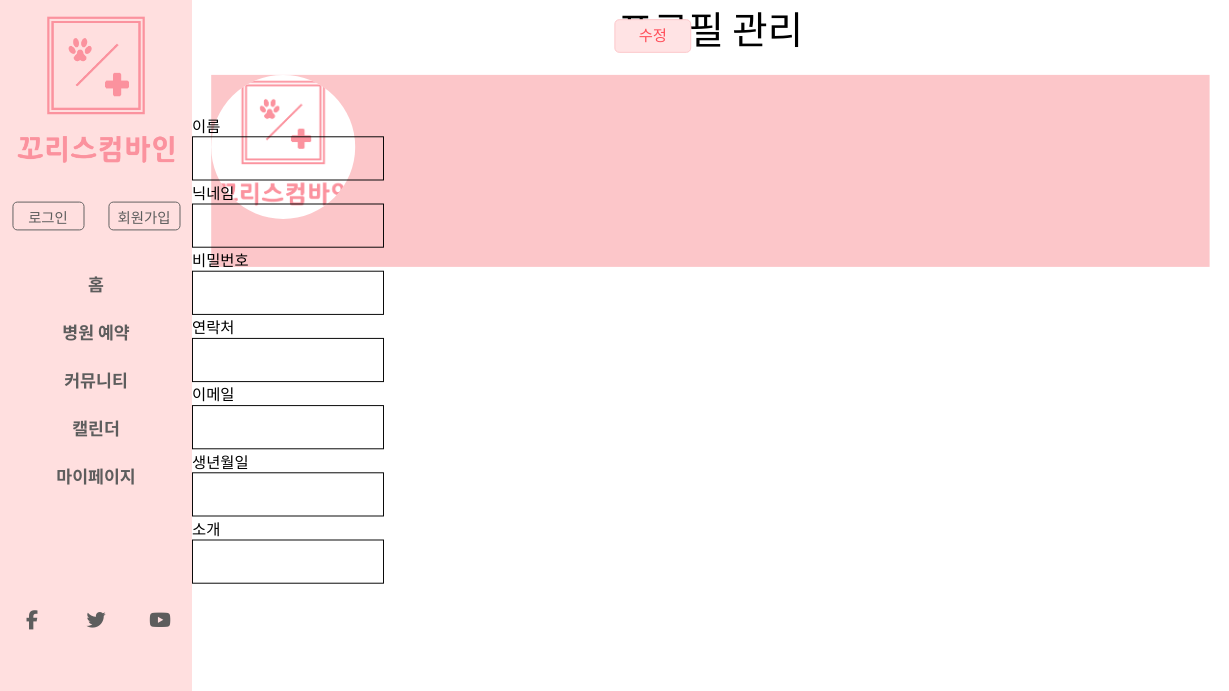
Repository: dodnam/kkoris
Page: http://localhost/1_kkoris/reservation2.jsp
An editor plug-in stored every save of this project. The page is shown before and after the next save, followed by the edit.
The browser window is 1280 px wide. The pictures show the whole page, at 96% of full size.
Some web libraries are served in a nearby version. The page is served by Tomcat 9.

Above is the page before, as saved 2020-02-17 15:39:43.

### 1_kkoris/WebContent/reservation2.jsp
<%@ page language="java" contentType="text/html; charset=UTF-8"
    pageEncoding="UTF-8"%>
<!DOCTYPE html>
<html>
<head>
<meta charset="UTF-8">
<title>Insert title here</title>
<link rel="stylesheet" type="text/css" href="<%= request.getContextPath() %>/css/index.css"/>
<link rel="stylesheet" type="text/css" href="<%= request.getContextPath() %>/css/layout.css"/>
<style>
	.box_con{left:20px; right:20px; height:200px; background-color:#fcc6c9; position:absolute;}
	.box{width: 150px; height:150px; border-radius:70%; overflow:hidden; background-color:#fff;top:20px;}
	.profile{width: 100%; height:100%; object-fit:cover; display:block; margin:0px auto;}
	.userTitle{font-size:40px; text-align:center; top:30px;}
	.submit{line-height: 30px; text-align: center; background-color: #ffe3e4; color:#ff4e59;border: 1px solid #fcc6c9; border-radius: 5px; width: 80px; height: 35px; position: absolute;left:50%;top:20px; outline:none;}
	.boxBody{position:absolute; top:20px;}
</style>
</head>
<body>
	<%@ include file="views/layout.jsp" %>
	<div class="container">
    	<div class="userTitle">
			프로필 관리
    	</div>

    	<div class="input-container">
    		<div class="box_con">
	    		<div class="box">
	    			<img class="profile" src="<%= request.getContextPath() %>/images/logo.png">
	    		</div>
    		</div>
		    <div class="boxBody">
				<div class="input-box">
					<p class="input-label">이름</p><input type="text">
	    			<p class="input-label">닉네임</p><input type="text">
	    			<p class="input-label">비밀번호</p><input type="password">
	    			<p class="input-label">연락처</p><input type="text">
	    			<p class="input-label">이메일</p><input type="email">
	    			<p class="input-label">생년월일</p><input type="text">
	    			<p class="input-label">소개</p><input type="text">
	    		</div>
	    	</div>
    	</div>

    	<div class="">
    		<div class="submit">수정</div>
    	</div>
	</div>
</body>
</html>

### 1_kkoris/WebContent/views/layout.jsp
<%@ page language="java" contentType="text/html; charset=UTF-8"
    pageEncoding="UTF-8"%>
<!DOCTYPE html>
<html>
<head>
<meta charset="UTF-8">
<title>Insert title here</title>
<link href="https://fonts.googleapis.com/css?family=Noto+Sans+KR&display=swap" rel="stylesheet">
<script src="https://kit.fontawesome.com/18fd811fa1.js" crossorigin="anonymous"></script> <!-- sns아이콘 -->
<link rel="stylesheet" type="text/css" href="<%= request.getContextPath() %>/css/layout.css"/> <!-- 작성할 css를 연결 -->
</head>
<body>
	<header><!-- 헤더 -->
		<h1 class="logo"></h1>
		<nav>
      		<div class="login">
	        	<div><a href="#">로그인</a></div>
	        	<div><a href="#">회원가입</a></div>
	      	</div>
	      	<ul id="navigator">
	        	<li id="nav-home">
	         		<a href="#"><span>홈</span></a>
	         	</li>
	         	<li id="nav-hospital">
	         		<span>병원 예약</span>
         			<ul class="nav2-hospital" id="nav2-hospital">
         				<li><a href="#">병원 검색</a></li>
	         			<li><a href="#">예약 확인</a></li>
	         			<li><a href="#">병원 후기</a></li>
         			</ul>
	         	</li>
	         	<li id="nav-community">
	         		<span>커뮤니티</span>
         			<ul class="nav2-community" id="nav2-community">
	         			<li><a href="#">공지사항</a></li>
	         			<li><a href="#">후기 모아보기</a></li>
	         			<li><a href="#">지식 공유</a></li>
         			</ul>
	         	</li>
	         	<li id="nav-calendar">
	         		<a href="#"><span>캘린더</span></a>
	         	</li>
	         	<li id="nav-mypage">
	         		<span>마이페이지</span>
	         		<ul class="nav2-mypage" id="nav2-mypage">
		         		<li><a href="#">내 정보</a></li>
		         		<li><a href="#">예약 조회</a></li>
		         		<li><a href="#">포인트샵</a></li>
		         		<li><a href="#">내가 쓴 글 조회</a></li>
	         		</ul>
	         	</li>
	      	</ul>
		<dl>
	    	<dt class="blind">sns</dt>
	        <dd><a href="#"><i class="fab fa-facebook-f"></i></a></dd>
	        <dd><a href="#"><i class="fab fa-twitter"></i></a></dd>
	        <dd><a href="#"><i class="fab fa-youtube"></i></a></dd>
		</dl>
		</nav>
	</header>
	<footer></footer>
</body>
</html>

### 1_kkoris/WebContent/css/index.css
@charset "UTF-8";
/* 컨테이너 */
div.container{position: absolute; top:0; left:0; padding-left:200px; height:100%; width:100%; box-sizing:border-box;}
/* 섹션이 현재 1개이기 때문에 100% 2개면 200%, 3개면 300% */
/* 참고	section:nth-of-type(1) {section 중 첫번째 section에 접근} */
section.main {position:relative; height:100%; width:100%; background: url(../images/main-bg.jpg) no-repeat center center; background-size: contain;}
section.main > article.quickMenu > ul {position: absolute; top:calc(50% - 50px); left:calc(50% - 25%); width: 50%; height: 100px; display: flex;}
section.main > article.quickMenu {position: relative; width: 100%; height: 100%; background: rgba(0, 0, 0, 0.2);}
section.main > article.quickMenu > ul > li {width: 25%; height:100px;}
section.main > article.quickMenu > ul > li > a {color: #5d5d5d; display:block; font-size: 5em; text-align:center;}
section.main > article.quickMenu > ul > li > a > span {display: block; font-size: 15px;}
section.main > article.quickMenu > ul > li > a:hover {color: #fb929e;}

### 1_kkoris/WebContent/css/layout.css
@charset "UTF-8";
* {margin: 0; padding: 0; font-family: 'Noto Sans KR', sans-serif;}
*, *:before, *:after {box-sizing: border-box;}
html, body {width: 100%; height: 100%;}
table{border-collapse: collapse;}
img,fieldset{border: none;}
ol,ul{list-style: none;}
h1,h2,h3,h4,h5,h6{font-weight: normal; font-size: 100%;}
q:after,q:before{content: "";}
abbr,acronym{border:none;} /* 축약어 */
img,input,select{vertical-align: middle;}
hr{display: none;}
a {text-decoration: none; color: #000;}
header {position: fixed; width: 200px; height: 100%; background: #ffdfdf; z-index: 30;}
input{outline: none; background: none;}
.blind{position: absolute;left: 0;top: 0;width: 0;height: 0;font-size: 0;line-height: 0;text-indent: -9999px;overflow: hidden;visibility: hidden;}
.displaynone{display: none;}

/* input타입 1 (커서유입에 따른 스타일 변화)
	<div class="input-container"><label class="input-label">아이디</label><input type=""></div>
*/
div.input-container {position: relative; display: block; margin: 20px 0;}
div.input-container > input {width: 100%; height: 40px; line-height: 40px; font-size: 16px; border: none; border-bottom: 1px solid #5d5d5d;}
div.input-container.focus > input:focus {border-bottom: 1px solid #fb929e;}
label.input-label {position: absolute; font-size: 16px; transform: translateY(10px); color: #5d5d5d; transition: transform 0.2s ease; z-index: -1;}
div.input-container.focus > label.input-label {font-size: 12px; transform: translateY(-5px); text-transform: uppercase;}
div.input-container.focus.on > label.input-label {color: #fb929e;}

/* input타입 2 (박스형)
	<div class="input-box"><p class="input-label">라벨명</p><input type=""></div>
*/
div.input-box {position: relative; display: block; margin: 20px 0;}
div.input-box > input {width: 100%; padding: 10px; font-size: 16px; border: 1px solid #000;}
p.input-label {font-size: 16px; color: #000;}
p.input-info {font-size: 14px; color: #5d5d5d;}

/* input radio
	<input type="radio" name="test"><label class="radioLabel">라벨명1</label>
	<input type="radio" name="test"><label class="radioLabel">라벨명2</label>
*/
input[type=radio] {display: none;}
label.radioLabel {display: inline-block; position: relative; padding: 0 30px; cursor: pointer; line-height: 18px;}
label.radioLabel:before, label.radioLabel:after {position: absolute; border-radius: 50%; content: '';}
label.radioLabel:before {left: 0; top: 0; width: 18px; height: 18px; border: 2px solid #000;}
label.radioLabel:after {top: 5px; left: 5px; width: 8px; height: 8px; background: #fb929e; transform: scale(0);}
input[type="radio"]:checked + label.radioLabel:before {border-color: #fb929e; }
input[type="radio"]:checked + label.radioLabel:after {transform: scale(1);}

/* input submit
	<form>에서 submit되는 버튼을 위한 css (단, 검색 등의 다른 버튼은 blue베이스 스타일로 사용)
*/
div.input-submit {display: block; text-align: center; padding: 15px;}
input[type="submit"] {min-width: 50px; height: 30px; cursor: pointer; background: #ffdfdf; color: #5d5d5d; font-size: 14px; font-weight: 600; border: none; border-radius: 5px;}
input[type="submit"]:hover {background: #fb929e; color: #fff;}

/* select 옵션  */
div > select {font-size: 10pt; width: 100px; padding: .7em .5em; font-family: inherit; background: url(https://farm1.staticflickr.com/379/19928272501_4ef877c265_t.jpg) no-repeat 95% 50%; -webkit-appearance: none; -moz-appearance: none; appearance: none; outline:none; border:1px solid #5d5d5d;}

/* input 검색 (class="search_input") */
div > span > input.search_input{width: 250px;  padding: 12px 24px; font-size: 14px; line-height: 18px; color: #575756; background-size: 18px 18px; border-radius: 50px; border: 1px solid #5d5d5d; backface-visibility: hidden; right:20px; outline:none;}


/* 영역
	<div class="container">		// 아래css 외에 특정 스타일을 주어야할 때, 클래스를 추가로 부여하여 사용했음 (ex. class="container login")
		<div class="contents">
			구현 영역
		</div>
	</div>
*/
div.container {position: absolute; top:0; left:0; padding-left:200px; width: 100%; height: 100%; margin: 0 auto; box-sizing: border-box;}
div.contents {position:relative; margin: 0 auto;}
div.contents > h2 {font-weight: 700; font-size: 30px; color: #000; padding: 15px 0; text-align: center;}


/** 헤더 **/
h1.logo {
	text-indent: -9999px; overflow: hidden; width: 180px; height: 180px;
	margin: 10px auto; /* auto는 중앙에 놓음 */
	background: url(../images/logo.png) no-repeat; background-size: contain; /*contain = h1 사이즈에 맞춤*/
}
nav > div.login {display: flex; justify-content:space-around; font-size: 15px;}
				/*블락요소로 가로 정렬 함*/
nav > div.login > div {width: 75px; height: 30px;} /* 위 아래 마진, 좌 우 마진*/
nav > div.login > div > a {display: block; width: 100%; height: 100%; line-height: 30px; text-align: center; border: 1px solid #5d5d5d; border-radius: 5px;}
nav > div.login > div > a:hover {color: #fb929e; border: none; background: #fff6f6; font-weight: 600}

/* 메뉴 */
nav {margin-top: 20px;}
nav * {color: #5d5d5d;}
nav > ul {margin-top: 30px; text-align: center;}
nav > ul > li {width: 100%;}
nav > ul > li:hover {background: #fff6f6;}
nav > ul > li span {display:block; width: 100%; height: 100%; line-height: 50px; font-size: 18px; font-weight: 600; border-radius: 10px; cursor: pointer;}
nav > ul > li span:hover {color: #fb929e;}

nav > ul > li > ul[class^=nav2] {display: none;}
nav > ul > li > ul[class^=nav2] > li > a {display: block; line-height: 40px; font-size: 16px;}
nav > ul > li > ul[class^=nav2] > li > a:hover {color: #fb929e; font-weight: 600;}

nav > ul > li:hover > ul[class^=nav2] {display: block;}

/* sns */
nav > dl {position:absolute; bottom:50px; width:100%; height:50px; display:flex; justify-content:space-around;}
nav > dl > dd {width:50px; text-align:center;}
nav > dl > dd > a {display: block; width: 100%; height:100%; font-size:20px; line-height:50px; transition:all 0.2s ease 0s;}
nav > dl > dd > a:hover {font-size:25px;}

footer {position: fixed; bottom: 10px;}

After the next save:
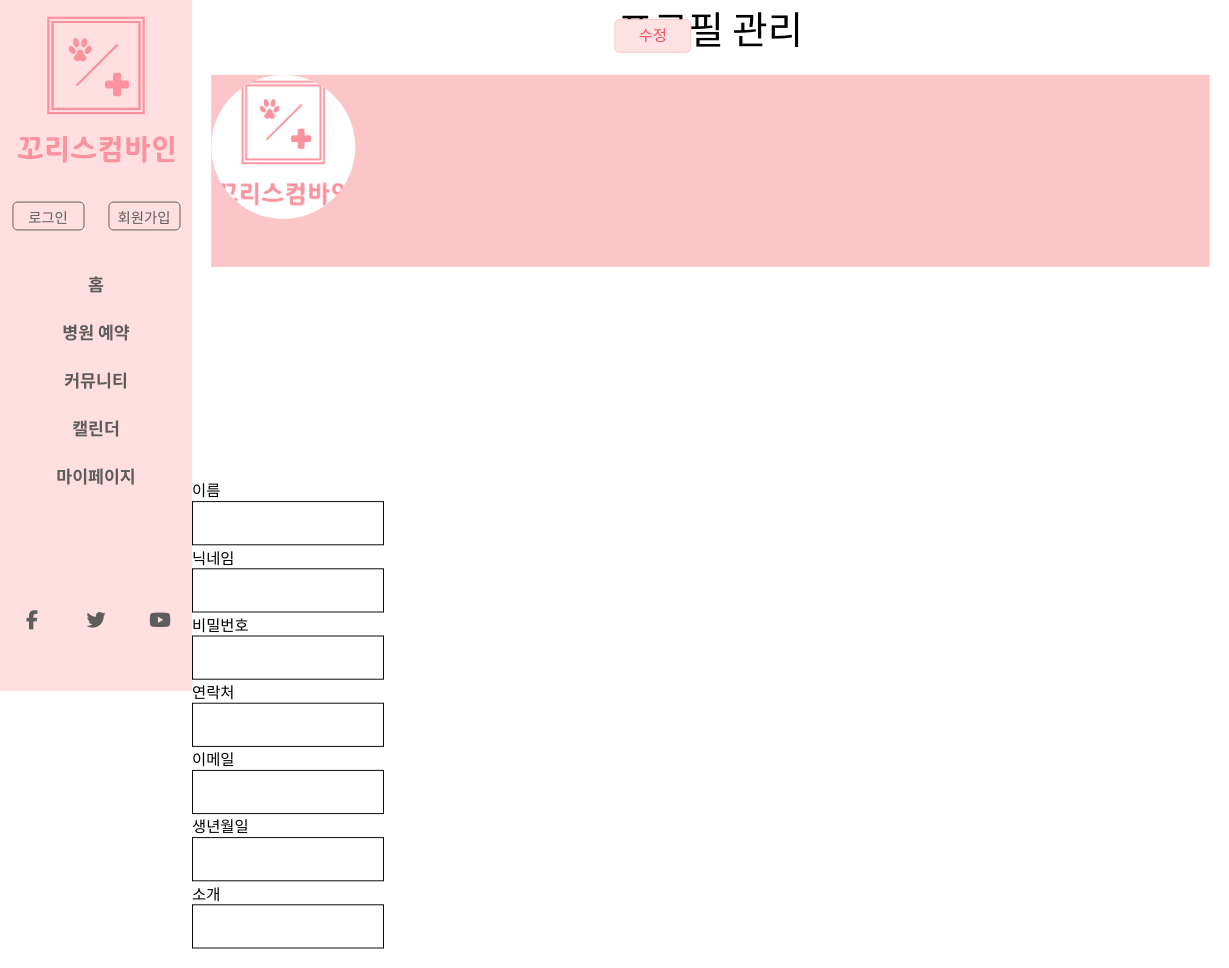
Saved 35 s later.
--- a/1_kkoris/WebContent/reservation2.jsp
+++ b/1_kkoris/WebContent/reservation2.jsp
@@ -13,7 +13,7 @@
 	.profile{width: 100%; height:100%; object-fit:cover; display:block; margin:0px auto;}
 	.userTitle{font-size:40px; text-align:center; top:30px;}
 	.submit{line-height: 30px; text-align: center; background-color: #ffe3e4; color:#ff4e59;border: 1px solid #fcc6c9; border-radius: 5px; width: 80px; height: 35px; position: absolute;left:50%;top:20px; outline:none;}
-	.boxBody{position:absolute; top:20px;}
+	.boxBody{position:absolute; top:400px; margin:auto;}
 </style>
 </head>
 <body>
